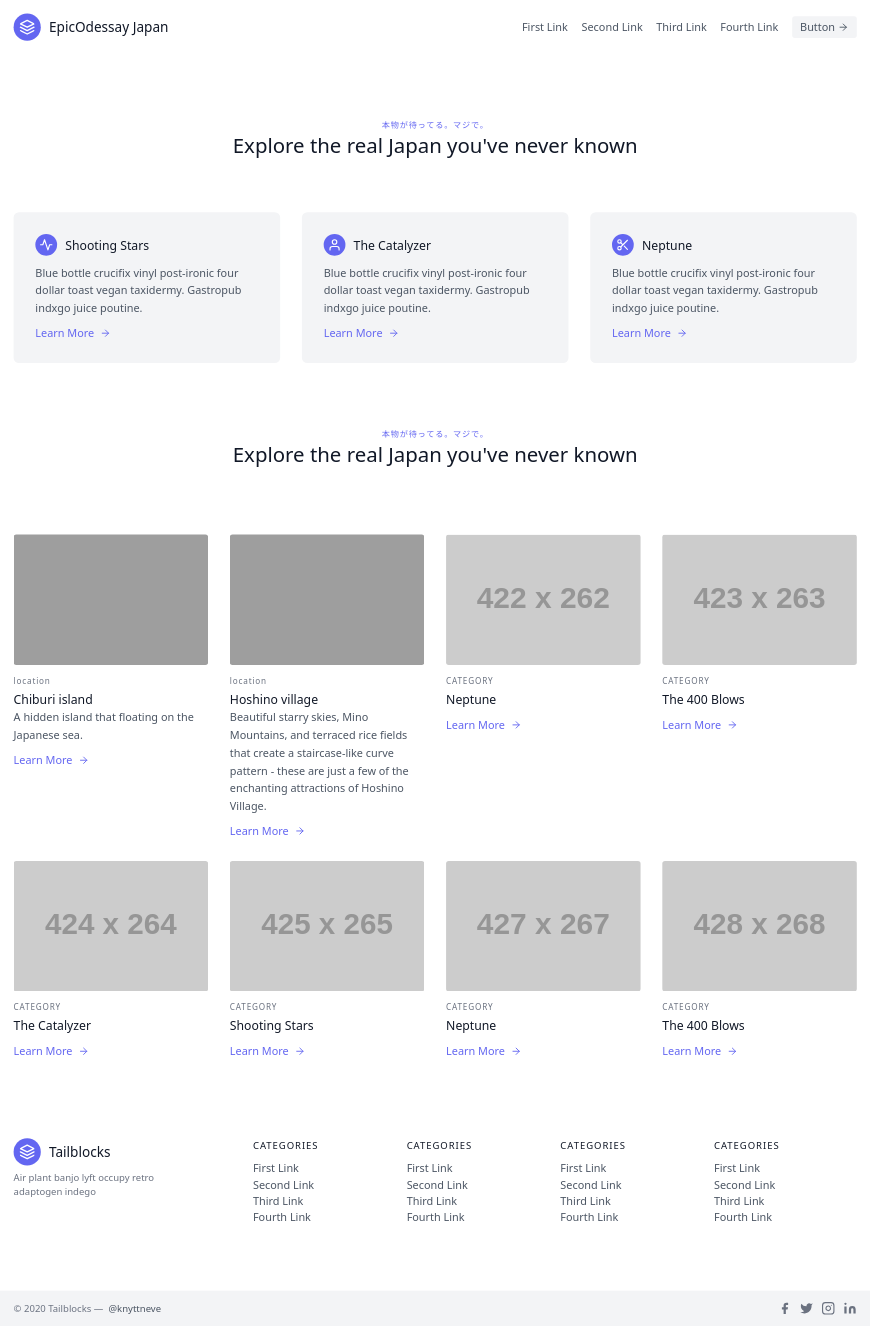
Repository: KoheiUnoki/environment
Page: http://localhost/first
The author's editor kept a record of every edit. The page is drawn from the files as they stood at one moment, then again after the next edit.
The browser window is 1280 px wide. The pictures show the whole page, at 68% of full size.
Pictures or frames that could not be fetched are drawn as grey boxes. The page is served by the project's Laravel application, run on PHP 8.4 with Laravel 10.

Above is the page before.

After the next edit:
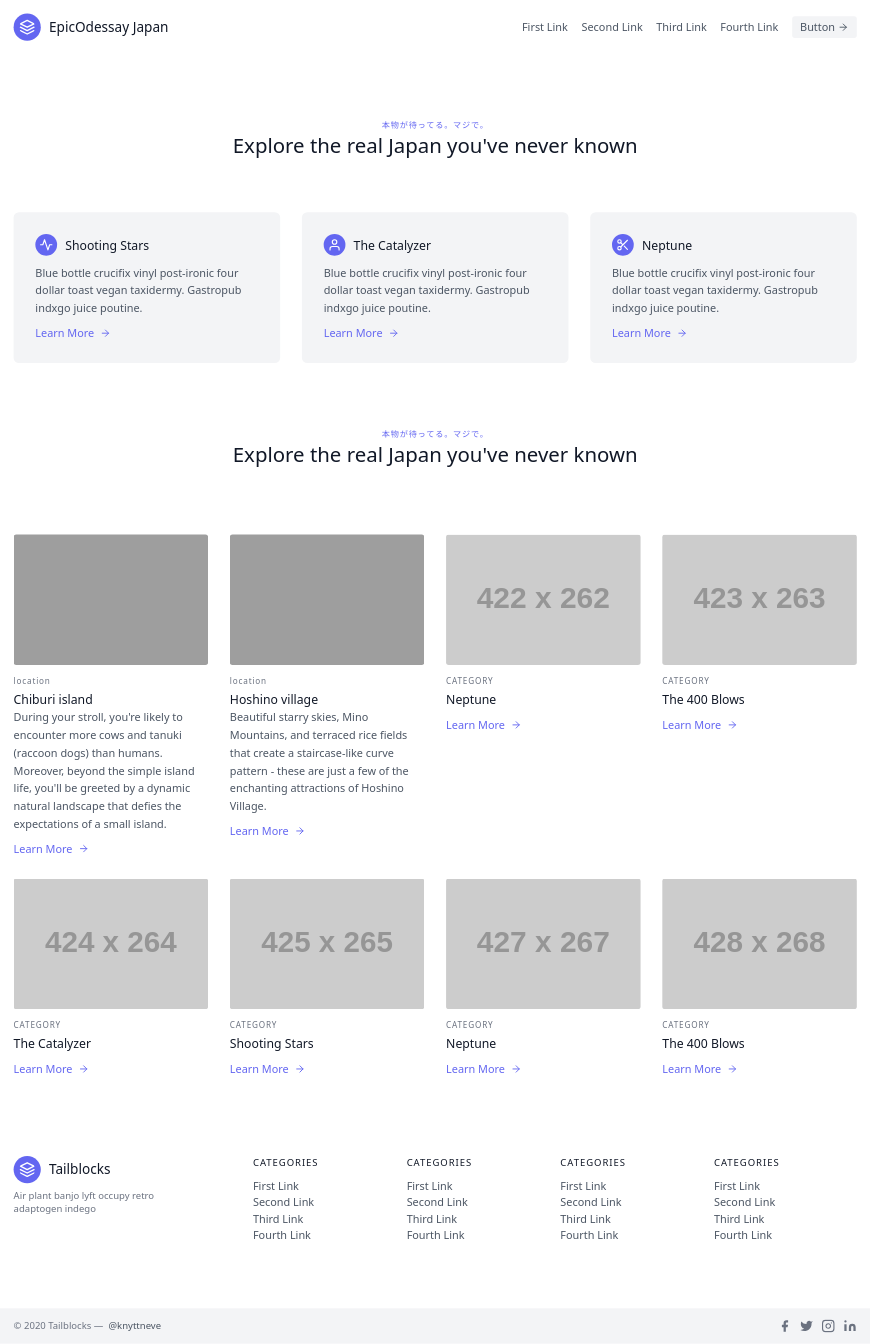
The edit:
--- a/cms/resources/views/firstPage.blade.php
+++ b/cms/resources/views/firstPage.blade.php
@@ -250,7 +250,7 @@
               </h2>
               <div class="flex-grow">
                 <p class="leading-relaxed text-base">
-                  A hidden island that floating on the Japanese sea.
+                  During your stroll, you're likely to encounter more cows and tanuki (raccoon dogs) than humans. Moreover, beyond the simple island life, you'll be greeted by a dynamic natural landscape that defies the expectations of a small island.
                 </p>
                 <a
                   class="mt-3 text-indigo-500 inline-flex items-center"
